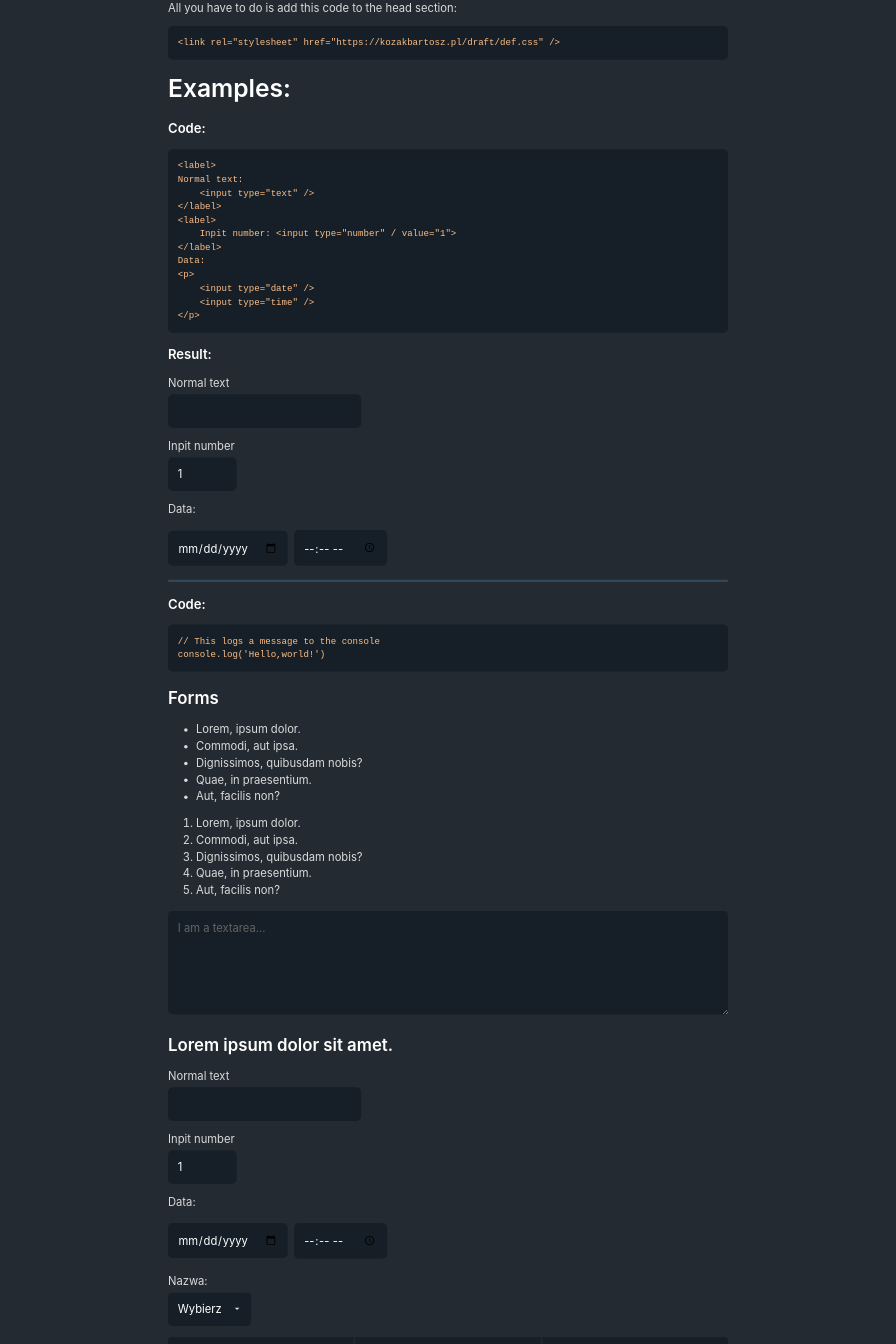
Repository: KozakBartosz/Draft
Page: index.html
An editor plug-in stored every save of this project. The page is shown before and after the next save, followed by the edit.
The browser window is 1280 px wide. The pictures show the part of the page from y = 326 to 2246 px (the page is 4473 px tall before and 4454 px after), at 70% of full size.

Above is the page before, as saved 2019-04-12 08:39:33.

After the next save:
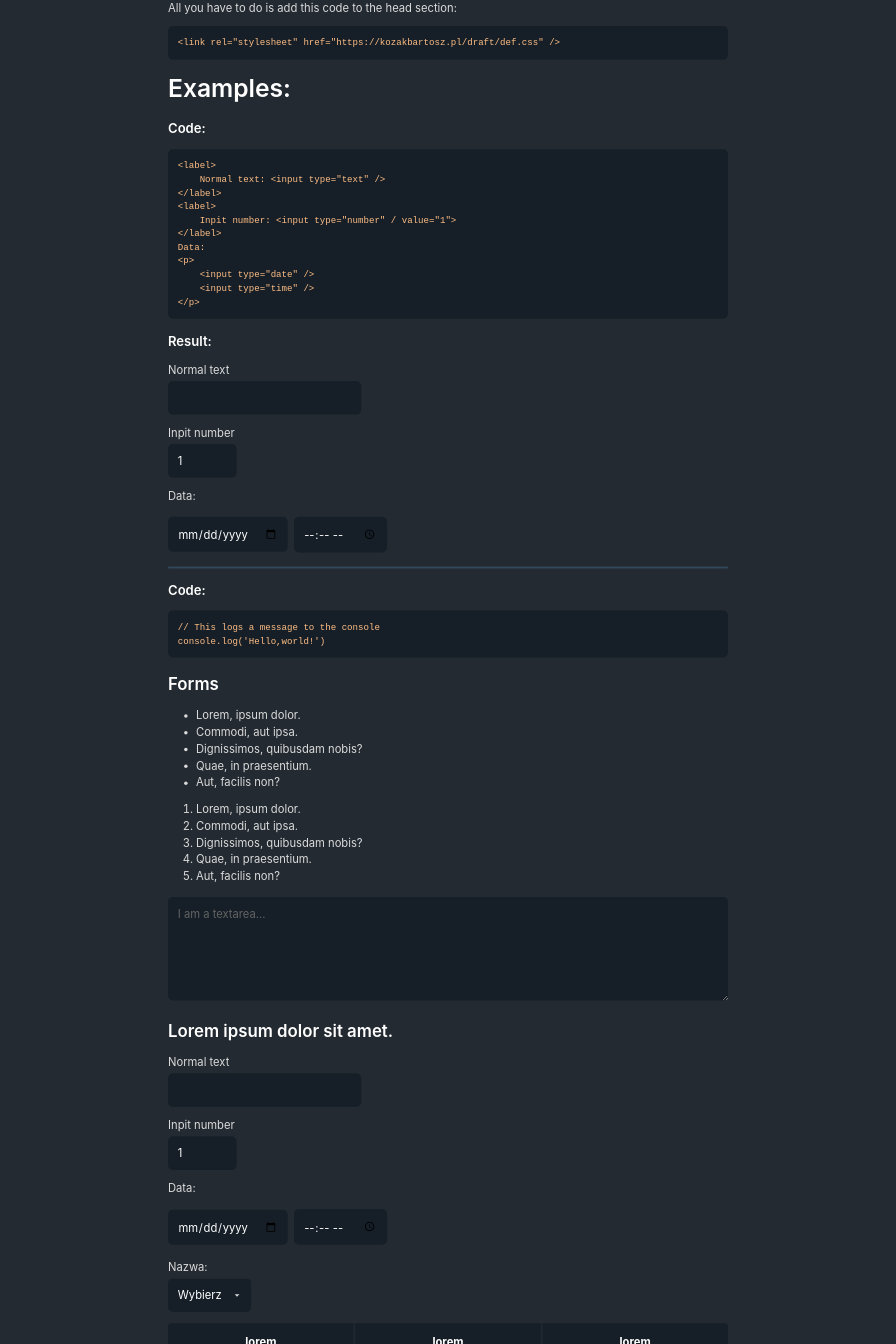
Saved 37 s later.
--- a/index.html
+++ b/index.html
@@ -35,7 +35,7 @@
 
 		<h3>Code:</h3>
 
-		<pre><code>&lt;label&gt;<br />Normal text:<br />&nbsp; &nbsp; &lt;input type="text" /&gt;<br />&lt;/label&gt;<br />&lt;label&gt;<br />&nbsp; &nbsp; Inpit number: &lt;input type="number" / value="1"&gt;<br />&lt;/label&gt;<br />Data:<br />&lt;p&gt;<br />&nbsp; &nbsp; &lt;input type="date" /&gt;<br />&nbsp; &nbsp; &lt;input type="time" /&gt;<br />&lt;/p&gt;</code></pre>
+		<pre><code>&lt;label&gt;<br />&nbsp; &nbsp; Normal text: &lt;input type="text" /&gt;<br />&lt;/label&gt;<br />&lt;label&gt;<br />&nbsp; &nbsp; Inpit number: &lt;input type="number" / value="1"&gt;<br />&lt;/label&gt;<br />Data:<br />&lt;p&gt;<br />&nbsp; &nbsp; &lt;input type="date" /&gt;<br />&nbsp; &nbsp; &lt;input type="time" /&gt;<br />&lt;/p&gt;</code></pre>
 		<h3>Result:</h3>
 		<label>
 			Normal text
